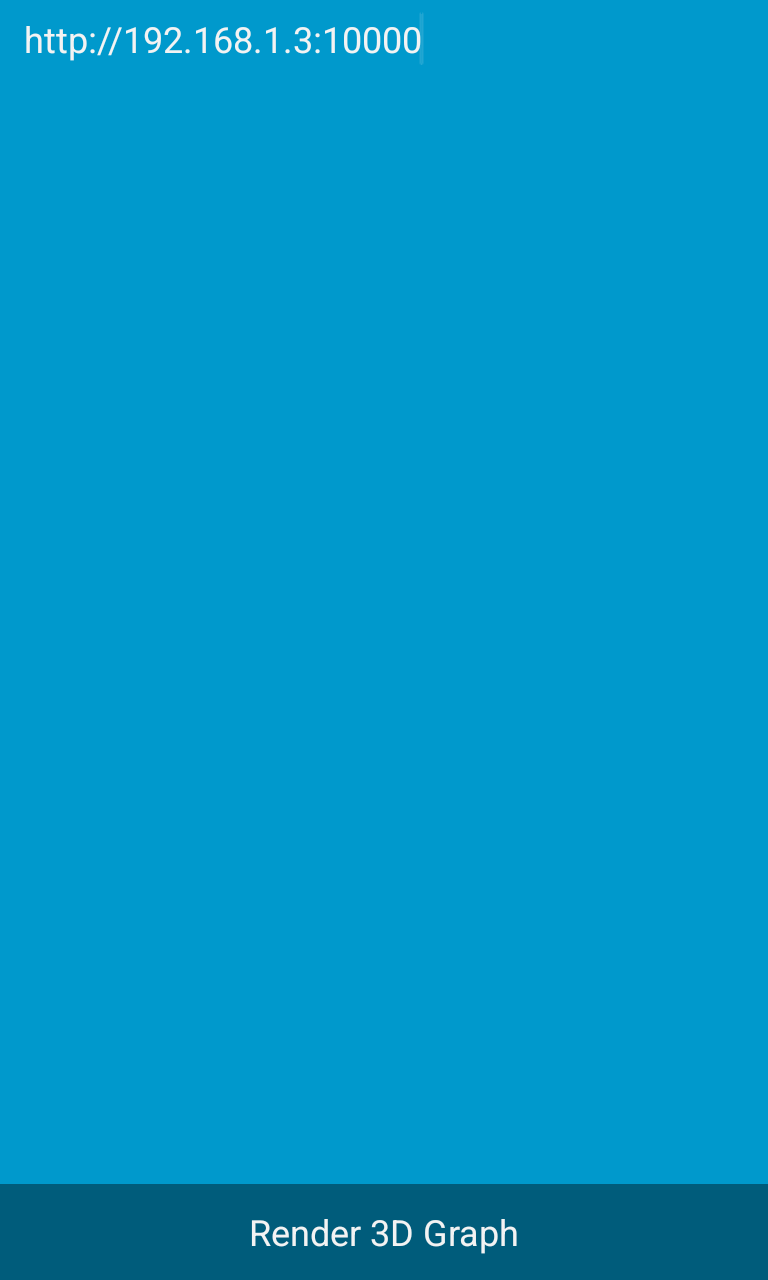
Repository: favreau/Sol-R-Android
Layout: RaytracerClient/res/layout/activity_fullscreen.xml
These files come from the project's save history. The layout is drawn as it stood at one moment and after a run of saves; the edit follows.
It is drawn on a 768 x 1280 px phone screen (xhdpi) without system bars, with theme FullscreenTheme; the app's code is not run.

Above is the layout before, as saved 2013-05-04 19:17:15.

After the next 2 saves:
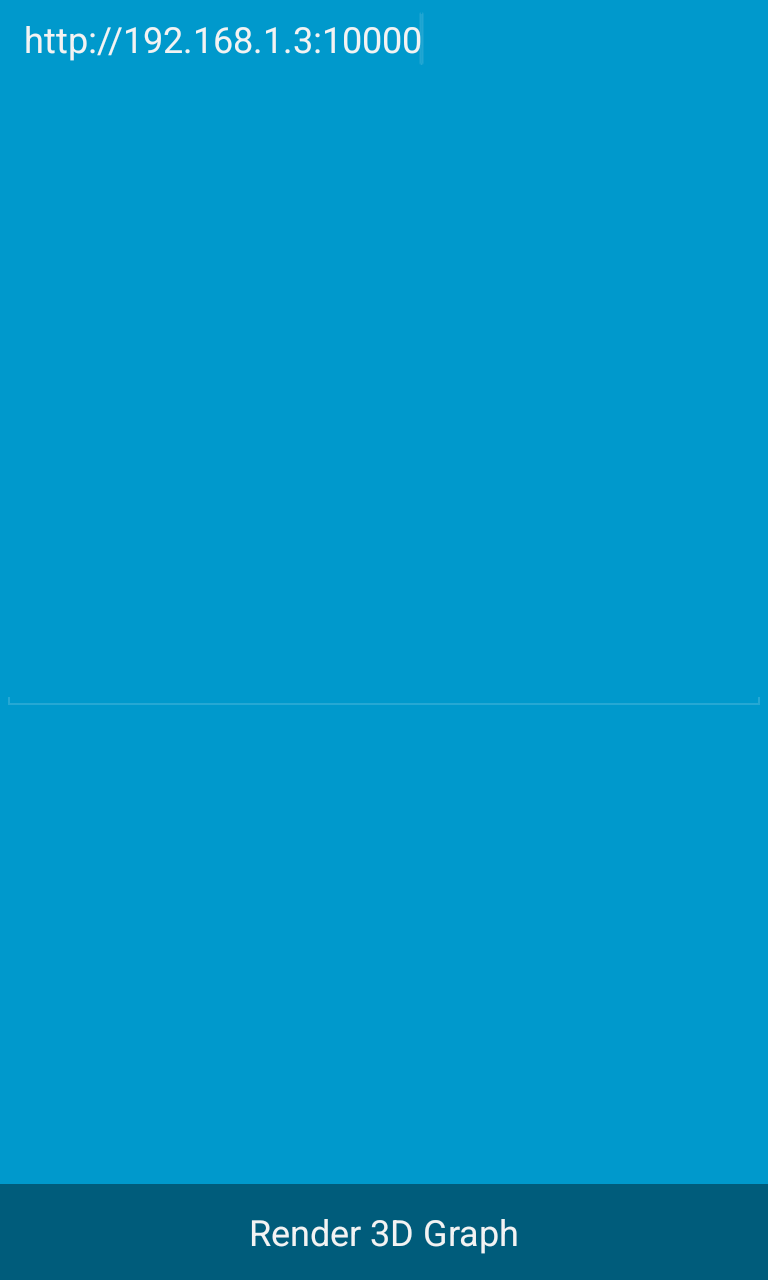
The 2 saves are shown as one change because they came seconds apart.
The last was saved 15 s later.
--- a/RaytracerClient/res/layout/activity_fullscreen.xml
+++ b/RaytracerClient/res/layout/activity_fullscreen.xml
@@ -69,6 +69,15 @@
             <requestFocus />
         </EditText>
 
+        <EditText
+            android:id="@+id/etInfos"
+            android:layout_width="match_parent"
+            android:layout_height="73dp"
+            android:layout_gravity="center_vertical"
+            android:ems="10"
+            android:enabled="false"
+            android:inputType="textMultiLine" />
+
     </FrameLayout>
 
 </FrameLayout>
